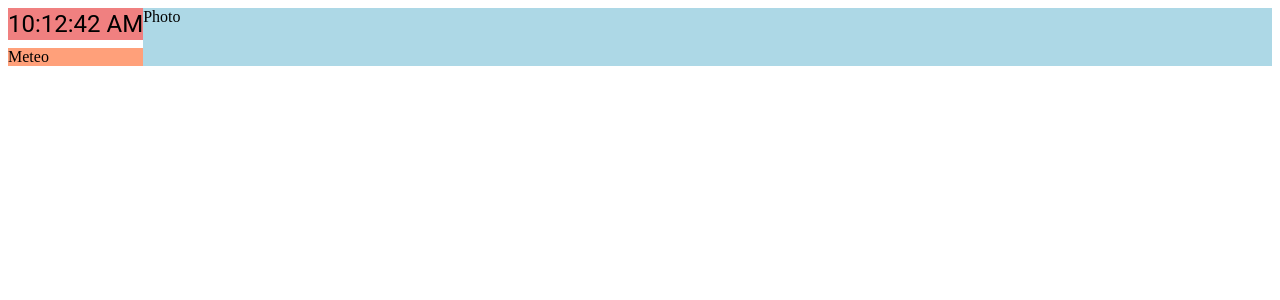
Repository: songvi/meteo
Page: /
An editor plug-in stored every save of this project. The page is shown before and after a run of saves, followed by the edit.
The browser window is 1280 px wide. The pictures show the whole page.
The project was rebuilt for these pictures with package versions that can differ from the ones it lists, and the page was loaded fresh each time. Also part of the build but not shown: src/App.css.

Above is the page before, as saved 2023-04-02 23:26:48.

After the next 2 saves:
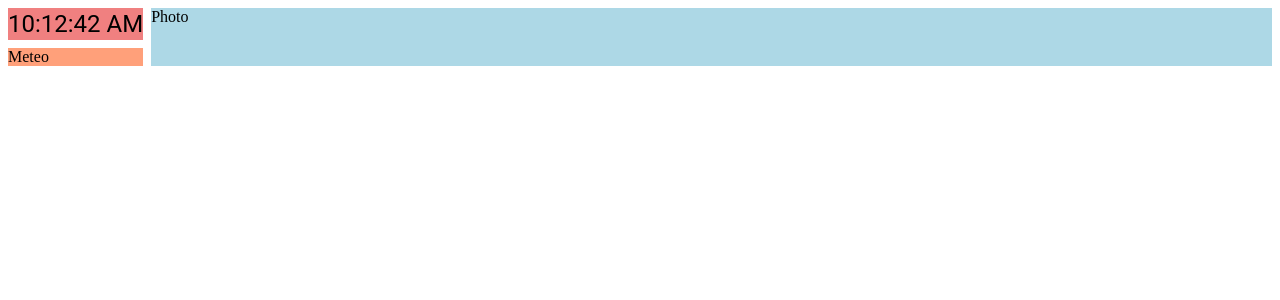
The 2 saves are shown as one change because they came seconds apart.
The last was saved 12 s later.
--- a/src/app/Navbar.tsx
+++ b/src/app/Navbar.tsx
@@ -6,7 +6,7 @@ import Datetime from '../features/datetime/Datetime'
 const Navbar = () => {
     return (
         <Box>
-            <Stack direction={'row'}>
+            <Stack direction={'row'} spacing={1}>
                 <Stack  spacing={1} direction={'column'} justifyContent={'center'}>
                     <Datetime />
                     <Meteo />
